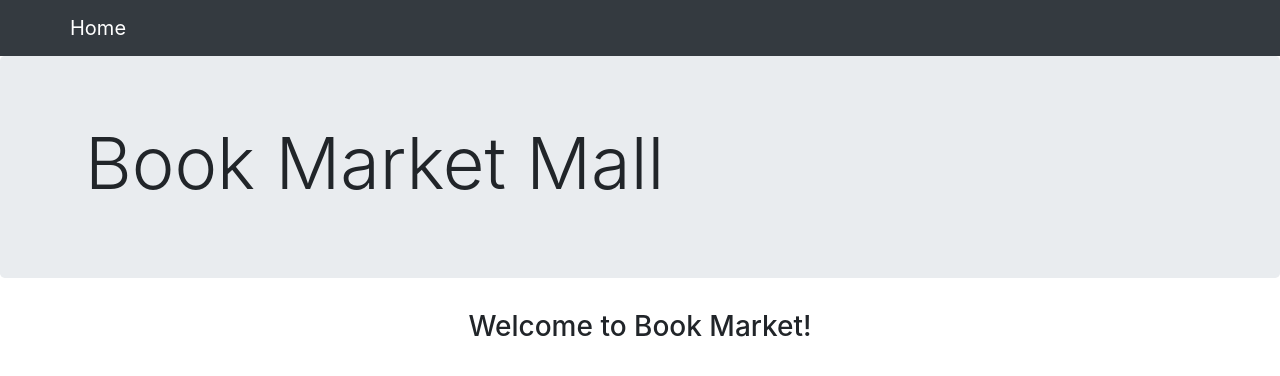
Repository: CheolHo-0428/JSP-Web-Programming
Page: http://localhost/BookMarket/welcome.jsp
These files come from the project's save history. The page is drawn as it stood at one moment and after the next save; the edit follows.
The browser window is 1280 px wide. The pictures show the whole page.
The page is served by Tomcat 9. Other server files are loaded and not shown.

Above is the page before, as saved 2021-05-08 07:25:45.

### BookMarket/src/main/webapp/welcome.jsp
<%@ page language="java" contentType="text/html; charset=UTF-8"
    pageEncoding="UTF-8"%>
<!DOCTYPE html>
<html>
<head>
<meta charset="UTF-8">
<title>Welcome</title>
</head>
<body>
	<%
		String greeting = "Book Market Mall";
		String tagline = "Welcome to Book Market!";
	%>
	<!-- Bootstrap CSS -->
    <link href="https://maxcdn.bootstrapcdn.com/bootstrap/4.0.0/css/bootstrap.min.css"
    	rel="stylesheet">
<body>
	<nav class="navbar navbar-expand navbar-dark bg-dark">
		<div class="container">
			<div class = "navbar-header">
				<a class = "navbar-brand" href="./welcome.jsp">Home</a>
			</div>
		</div>
	</nav>

	<div class = "jumbotron">
		<div class = "container">
			<h1 class = "display-3">
					<%= greeting %>
			</h1>
		</div>
	</div>
	<div class = "container">
		<div class = "text-center">
			<h3><%= tagline %></h3>
		</div>
	</div>
</body>
</html>

After the next save:
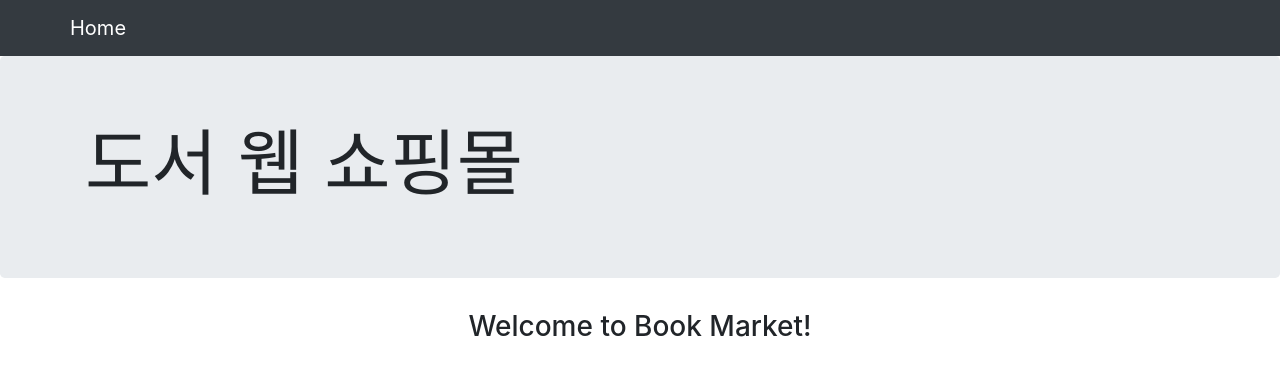
Saved 14 s later.
--- a/BookMarket/src/main/webapp/welcome.jsp
+++ b/BookMarket/src/main/webapp/welcome.jsp
@@ -8,7 +8,7 @@
 </head>
 <body>
 	<%
-		String greeting = "Book Market Mall";
+		String greeting = "도서 웹 쇼핑몰";
 		String tagline = "Welcome to Book Market!";
 	%>
 	<!-- Bootstrap CSS -->
